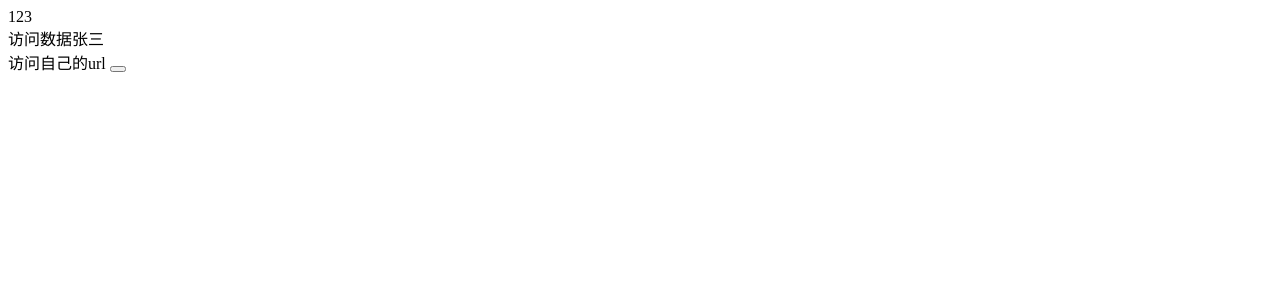
Repository: erdanergou/VueLearn
Page: vuelearn2/chacao.html
An editor plug-in stored every save of this project. The page is shown before and after a run of saves, followed by the edit.
The browser window is 1280 px wide. The pictures show the whole page.

Above is the page before, as saved 2022-07-22 11:20:50.

### vuelearn2/chacao.html
<!DOCTYPE html>
<html lang="en">
<head>
    <meta charset="UTF-8">
    <meta http-equiv="X-UA-Compatible" content="IE=edge">
    <meta name="viewport" content="width=device-width, initial-scale=1.0">
    <title>chacao</title>
    <script src="js/vue.js"></script>
</head>
<body>
    <!-- 插槽内可以包含任何模板代码,包括html甚至其他组件 -->
    <script>
        Vue.component("navigation-link",{
            template:`
            <a v-bind:href="url" class="nav-link">
                <slot></slot>
            </a>
            `
        })
    </script>
    <navigation-link url="#">
        <span>123</span>
    </navigation-link>
    <br>
    <!-- 编译作用域 -->
    <!-- 该插槽跟模板的其它地方一样可以访问相同的实例 property (也就是相同的“作用域”)，而不能访问 <navigation-link> 的作用域。 -->

        <!-- 父级模板里的所有内容都是在父级作用域中编译的；子模板里的所有内容都是在子作用域中编译的。 -->
    <navigation-link url="#" id="example-1">
        访问数据{{user.name}}
        <br>
        访问自己的url{{url}}
        <!--
        这里的 `url` 会是 undefined，因为其 (指该插槽的) 内容是
        _传递给_ <navigation-link> 的而不是
        在 <navigation-link> 组件*内部*定义的。
        -->
    </navigation-link>
    <script>
        var example1 = new Vue({
            el:"#example-1",
            data:{
                user:{
                    name:"张三"
                },
                url:""
            }
        })
    </script>

    <!-- 后备内容，它只会在没有提供内容的时候被渲染。 -->
    <button type="submit">
        <slot></slot>
    </button>
</body>
</html>

Loaded but not shown: vuelearn2/js/vue.js (library)

After the next 2 saves:
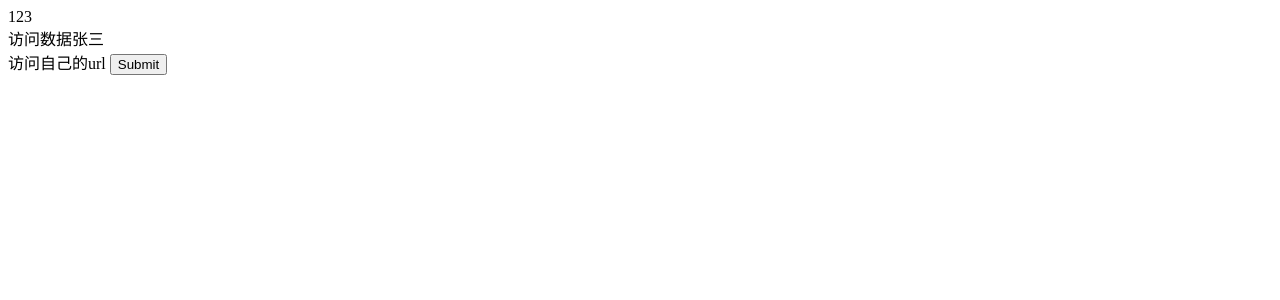
The 2 saves are shown as one change because they came seconds apart.
The last was saved 10 s later.
--- a/vuelearn2/chacao.html
+++ b/vuelearn2/chacao.html
@@ -50,7 +50,7 @@
 
     <!-- 后备内容，它只会在没有提供内容的时候被渲染。 -->
     <button type="submit">
-        <slot></slot>
+        <slot>Submit</slot>
     </button>
 </body>
 </html>
